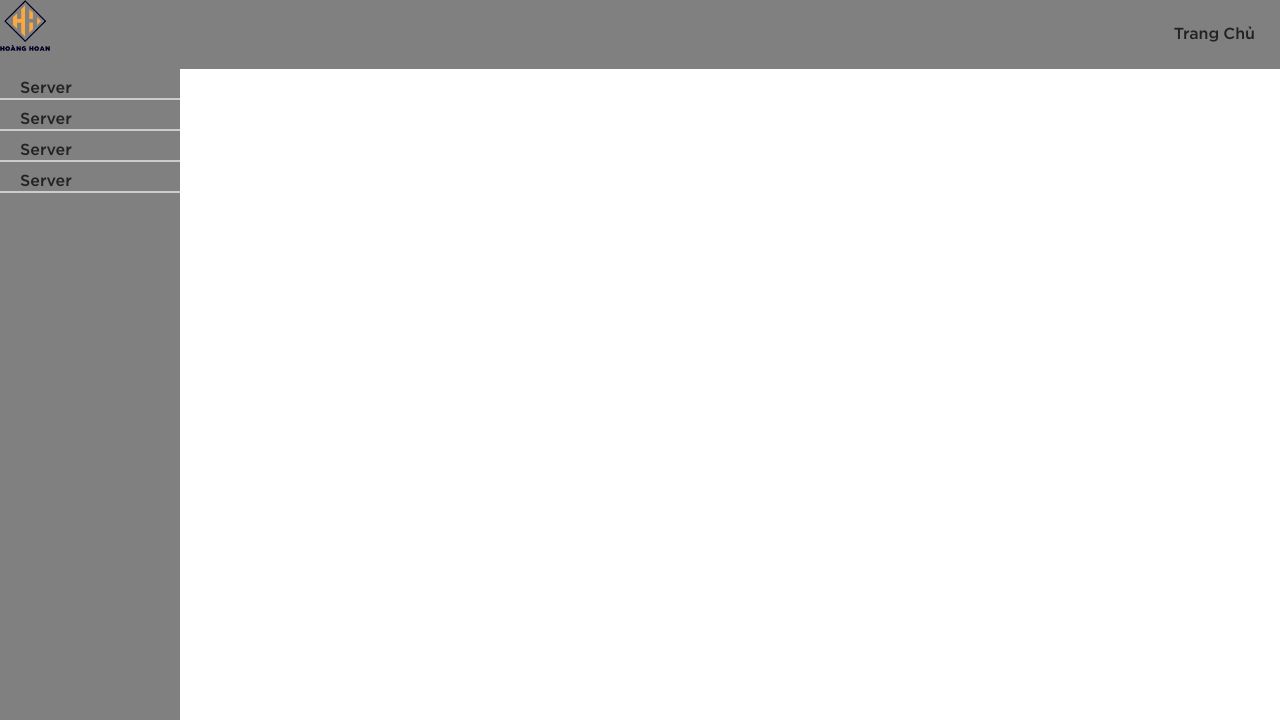
Repository: LDDUNG2003/prj_2
Page: /adminLocal
The author's editor kept a copy of each file at every save. The page is drawn from the files as they stood at one save, then again after the next save.
The browser window is 1280 px wide. The pictures show the whole page.
The project was rebuilt for these pictures with package versions that can differ from the ones it lists, and the page was loaded fresh each time. Also part of the build but not shown: src/layouts/header/itemsHeader/index.js, src/layouts/header/loginHeader/index.js, src/layouts/header/index.js, src/layouts/footer/index.js, src/layouts/defaultLayout/index.js, src/styles/css/home.css, src/font-awesome/index.js, src/pages/home/setProductSlick/index.js and 10 more.

Above is the page before, as saved 2023-10-04 10:43:22.

After the next save:
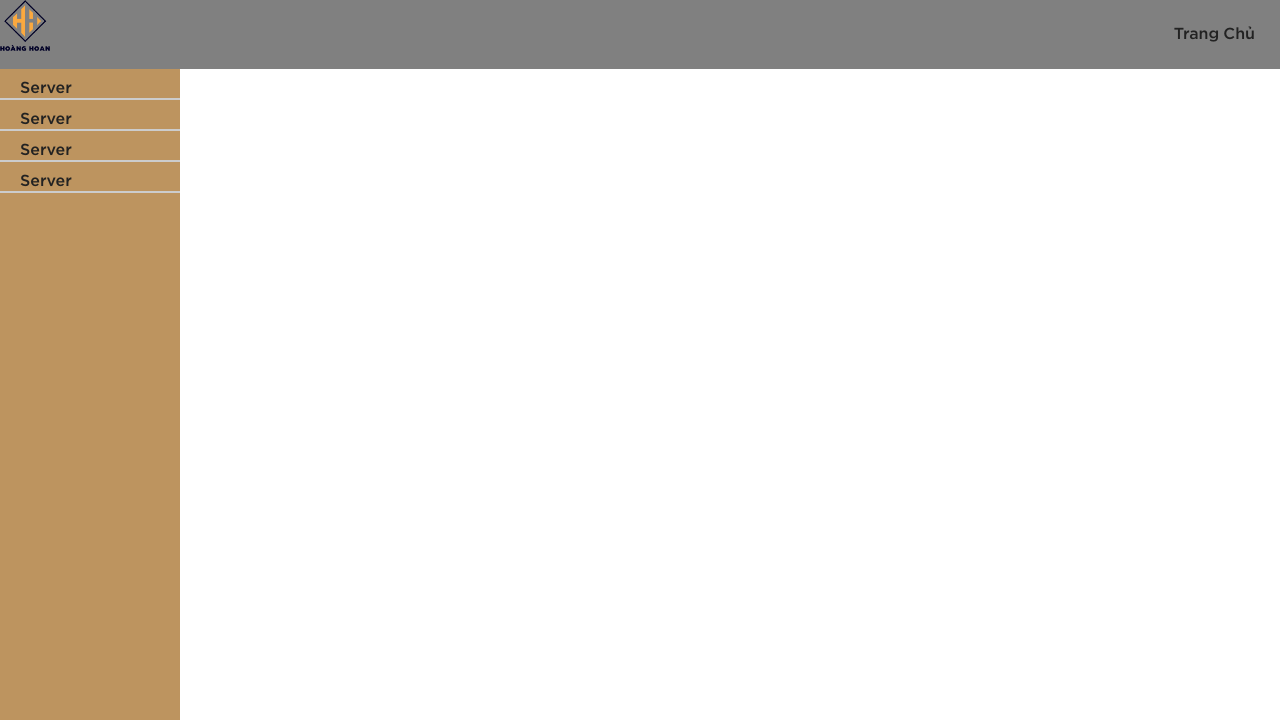
Saved 22 s later.
--- a/src/layouts/AdminLayout/styles/index.css
+++ b/src/layouts/AdminLayout/styles/index.css
@@ -48,7 +48,7 @@
 .Menu-Admin {
     width: 180px;
     height: 100%;
-    background-color: gray;
+    background-color: var(--primary-color);
 }
 
 .Menu-List {
